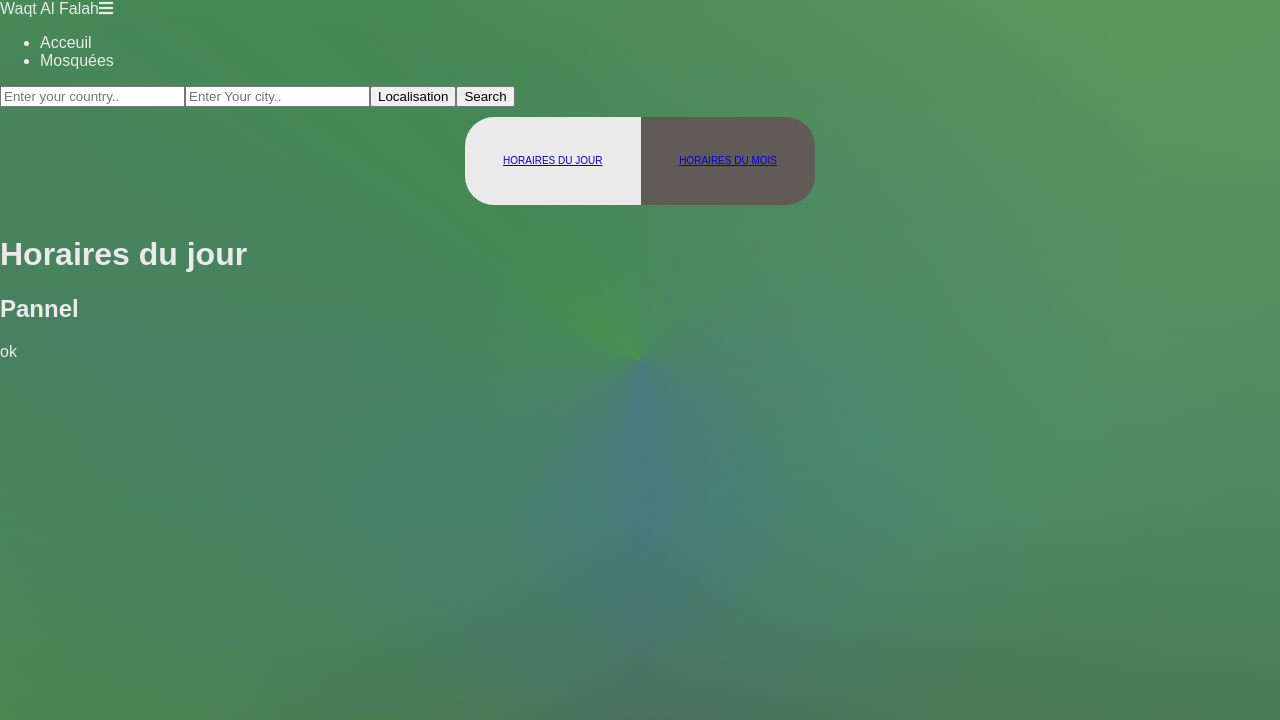
Repository: Lhourquin/Repo-Developpement-React-Prayer-Times
Page: /
An editor plug-in stored every save of this project. The page is shown before and after the next save, followed by the edit.
The browser window is 1280 px wide. The pictures show the whole page.
The page's requests for data from a server got no answer. The project was rebuilt for these pictures with package versions that can differ from the ones it lists, and the page was loaded fresh each time. No one was signed in, and anything a server would have sent is missing. Also part of the build but not shown: src/components/navbar/NavBar.css, src/components/search-bar/searchbar.css, src/components/calendar-list/row-list.css, src/components/calendar-list/row-list.component.jsx, src/components/Calendar.js, src/components/day-list/horaireslist.css, src/components/time-table-pannel/pannel.css, src/components/DateNow.js.

Above is the page before, as saved 2022-01-29 09:36:49.

After the next save:
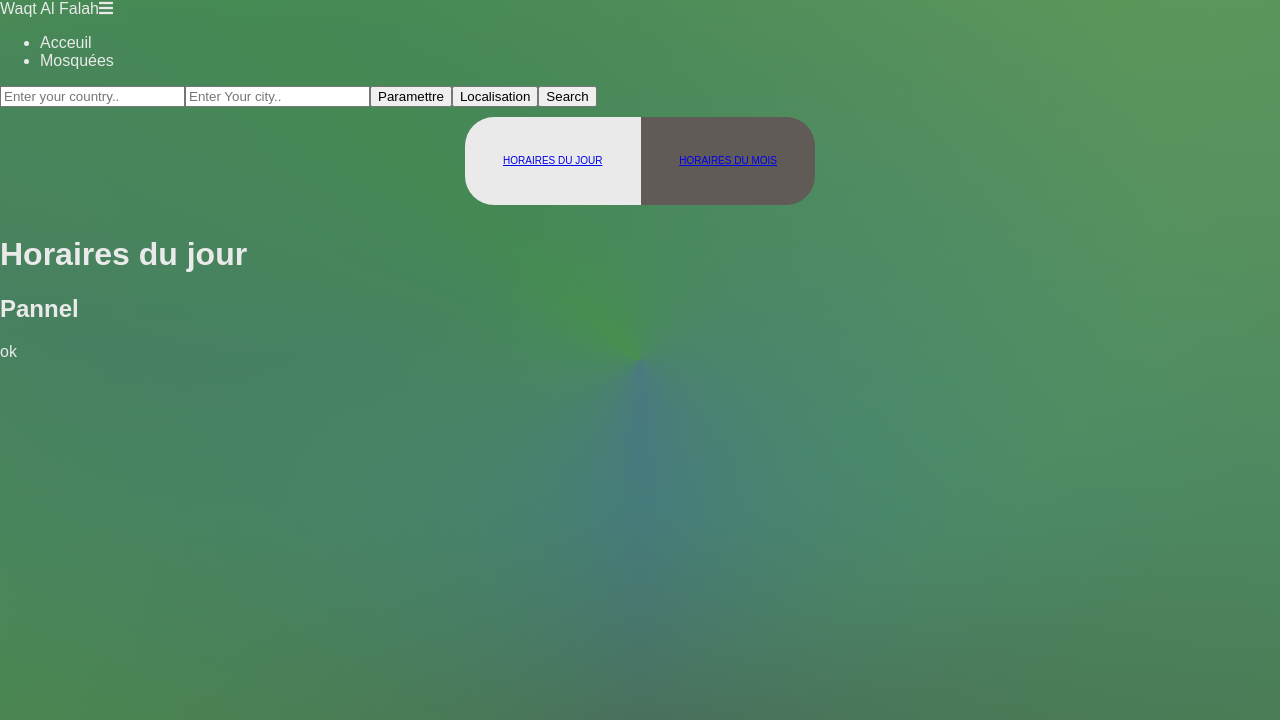
Saved 12 min 3 s later.
--- a/src/components/search-bar/searchbar.component.jsx
+++ b/src/components/search-bar/searchbar.component.jsx
@@ -14,6 +14,7 @@ export const SearchBar = ({ handleChange }) => {
                 type="search"
                 placeholder="Enter Your city.."
                 onChange={handleChange}/>
+                <button>Paramettre</button>
     <button>Localisation</button>
     <button>Search</button>
   </form>)
